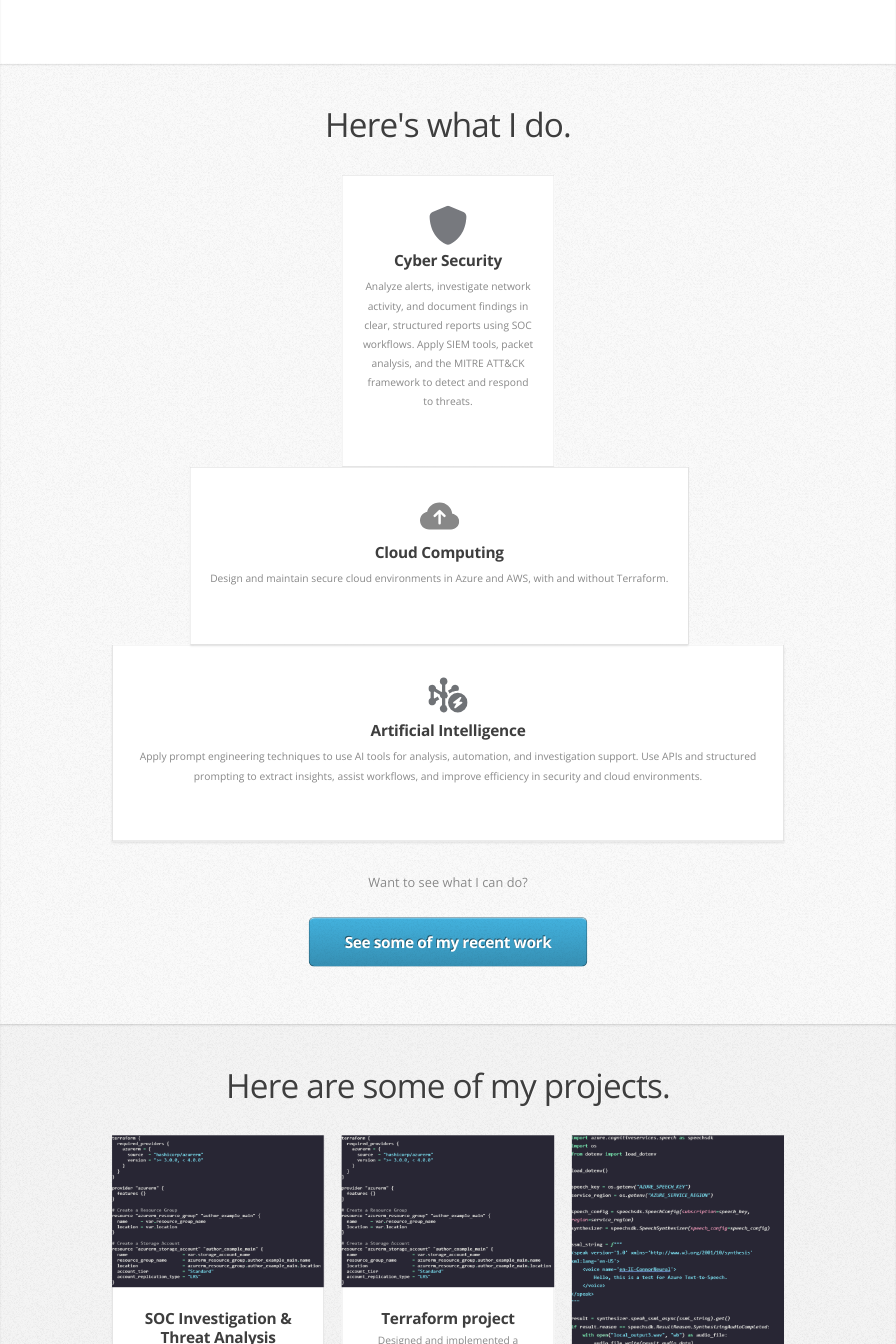
Repository: lauralstephenson/Portfolio_Personal
Page: index.html
These files come from the project's save history. The page is drawn as it stood at one moment and after the next save; the edit follows.
The browser window is 1280 px wide. The pictures show the part of the page from y = 547 to 2467 px (the page is 4482 px tall before and 4661 px after), at 70% of full size.
A picture or video elsewhere on the page could not be fetched, so the positions and the page height are approximate.

Above is the page before, as saved 2026-04-27 19:06:39.

### index.html
<!DOCTYPE HTML>
<!--
	Miniport by HTML5 UP
	html5up.net | @ajlkn
	Free for personal and commercial use under the CCA 3.0 license (html5up.net/license)
-->

<html lang="en">
	<head>
		<title>Laura Stephenson Cloud Portfolio Webpage</title>
		<meta charset="utf-8">
		<meta name="viewport" content="width=device-width, initial-scale=1">
		<!-- Font Awesome -->
		<link rel="stylesheet" href="https://cdnjs.cloudflare.com/ajax/libs/font-awesome/5.15.4/css/all.min.css">
		<link rel="stylesheet" href="assets/css/main.css">
	</head>
	<body class="is-preload">

		<!-- Nav -->
			<nav id="nav">
				<ul class="container">
					<li><a href="#top">Top</a></li>
					<li><a href="#work">Work</a></li>
					<li><a href="#portfolio">Portfolio</a></li>
					<li><a href="#contact">Contact</a></li>
				</ul>
			</nav>

		<!-- Home -->
			<article id="top" class="wrapper style1">
				<div class="container">
					<div class="row">
						<div class="col-4 col-5-large col-12-medium">
							<span class="image fit"><img src="images\Circle Cybersecurity Logo.png" alt="" /></span>
						</div>
						<div class="col-8 col-7-large col-12-medium">
							<header>
								<h1>Hi. I'm <strong>Laura Stephenson.</strong></h1>
							</header>
							<p><strong>Cybersecurity analyst focused on cloud security, automation, and Python-based solutions.</strong></p>
							<a href="#work" class="button large scrolly">Learn about what I do</a>
						</div>
					</div>
				</div>
			</article>

		<!-- Work -->
			<article id="work" class="wrapper style2">
				<div class="container">
					<header>
						<h1>Here's what I do.</h1>
					</header>
					<div class="row aln-center equal-height">

						<div class="col-4 col-6-medium col-12-small">
							<section class="box style1">
								<div class="box-content">
									<svg xmlns="http://www.w3.org/2000/svg" height="56" width="56" viewBox="0 0 512 512">
										<!--!Font Awesome Free 6.7.2 by @fontawesome - https://fontawesome.com License - https://fontawesome.com/license/free Copyright 2025 Fonticons, Inc.-->
										<path fill="#77797e" d="M256 0c4.6 0 9.2 1 13.4 2.9L457.7 82.8c22 9.3 38.4 31 38.3 57.2c-.5 99.2-41.3 280.7-213.6 363.2c-16.7 8-36.1 8-52.8 0C57.3 420.7 16.5 239.2 16 140c-.1-26.2 16.3-47.9 38.3-57.2L242.7 2.9C246.8 1 251.4 0 256 0z"/>
									</svg>
									<h3>Cyber Security</h3>
									<p>Analyze alerts, investigate network activity, and document findings in clear, structured reports using SOC workflows. Apply SIEM tools, packet analysis, and the MITRE ATT&CK framework to detect and respond to threats.</p>
								</div>
							</section>
						</div>
							<section class="box style1">
								<div class="box-content">
									<svg xmlns="http://www.w3.org/2000/svg"
									width="56" height="56"
									fill="currentColor"
									class="bi bi-cloud-arrow-up-fill"
									viewBox="0 0 16 16">
										<path d="M8 2a5.53 5.53 0 0 0-3.594 1.342c-.766.66-1.321 1.52-1.464 2.383C1.266 6.095 0 7.555 0 9.318 0 11.366 1.708 13 3.781 13h8.906C14.502 13 16 11.57 16 9.773c0-1.636-1.242-2.969-2.834-3.194C12.923 3.999 10.69 2 8 2m2.354 5.146a.5.5 0 0 1-.708.708L8.5 6.707V10.5a.5.5 0 0 1-1 0V6.707L6.354 7.854a.5.5 0 1 1-.708-.708l2-2a.5.5 0 0 1 .708 0z"/>
									</svg>
									<h3>Cloud Computing</h3>
									<p>Design and maintain secure cloud environments in Azure and AWS, with and without Terraform.</p>
								</div>
							</section>
						</div>
						<div class="col-4 col-6-medium col-12-small">
							<section class="box style1">
								<div class="box-content">
									<svg xmlns="http://www.w3.org/2000/svg" height="56" width="56" viewBox="0 0 576 512">
										<!--!Font Awesome Free 6.7.2 by @fontawesome - https://fontawesome.com License - https://fontawesome.com/license/free Copyright 2025 Fonticons, Inc.-->
										<path fill="#6f7276" d="M248 106.6c18.9-9 32-28.3 32-50.6c0-30.9-25.1-56-56-56s-56 25.1-56 56c0 22.3 13.1 41.6 32 50.6l0 98.8c-2.8 1.3-5.5 2.9-8 4.7l-80.1-45.8c1.6-20.8-8.6-41.6-27.9-52.8C57.2 96 23 105.2 7.5 132S1.2 193 28 208.5c1.3 .8 2.6 1.5 4 2.1l0 90.8c-1.3 .6-2.7 1.3-4 2.1C1.2 319-8 353.2 7.5 380S57.2 416 84 400.5c19.3-11.1 29.4-32 27.8-52.8l50.5-28.9c-11.5-11.2-19.9-25.6-23.8-41.7L88 306.1c-2.6-1.8-5.2-3.3-8-4.7l0-90.8c2.8-1.3 5.5-2.9 8-4.7l80.1 45.8c-.1 1.4-.2 2.8-.2 4.3c0 22.3 13.1 41.6 32 50.6l0 98.8c-18.9 9-32 28.3-32 50.6c0 30.9 25.1 56 56 56c30.7 0 55.6-24.7 56-55.2c-7.5-12.9-13.5-26.8-17.6-41.5c-4.2-4-9.1-7.3-14.4-9.9l0-98.8c2.8-1.3 5.5-2.9 8-4.7l10.5 6c5.5-15.3 13.1-29.5 22.4-42.5l-9.1-5.2c.1-1.4 .2-2.8 .2-4.3c0-22.3-13.1-41.6-32-50.6l0-98.8zM440.5 132C425 105.2 390.8 96 364 111.5c-19.3 11.1-29.4 32-27.8 52.8l-50.6 28.9c11.5 11.2 19.9 25.6 23.8 41.7L360 205.9c.4 .3 .8 .6 1.3 .9c21.7-9.5 45.6-14.8 70.8-14.8c2 0 4 0 5.9 .1c12.1-17.3 13.8-40.6 2.6-60.1zM432 512a144 144 0 1 0 0-288 144 144 0 1 0 0 288zm47.9-225c4.3 3.7 5.4 9.9 2.6 14.9L452.4 356l35.6 0c5.2 0 9.8 3.3 11.4 8.2s-.1 10.3-4.2 13.4l-96 72c-4.5 3.4-10.8 3.2-15.1-.6s-5.4-9.9-2.6-14.9L411.6 380 376 380c-5.2 0-9.8-3.3-11.4-8.2s.1-10.3 4.2-13.4l96-72c4.5-3.4 10.8-3.2 15.1 .6z"/>
									</svg>
									<h3>Artificial Intelligence</h3>
									<p>Apply prompt engineering techniques to use AI tools for analysis, automation, and investigation support. Use APIs and structured prompting to extract insights, assist workflows, and improve efficiency in security and cloud environments.</p>
								</div>
							</section>
						</div>
					</div>
					<footer>
						<p>Want to see what I can do?</p>
						<a href="#portfolio" class="button large scrolly">See some of my recent work</a>
					</footer>
				</div>
			</article>

		<!-- Portfolio -->
			<article id="portfolio" class="wrapper style3">
				<div class="container">
					<header>
						<h1>Here are some of my projects.</h1>
					</header>
					<div class="row aln-center equal-height">
							<div class="col-4 col-6-medium col-12-small">
							<article class="box style2">
								<div class="box-content">
									<a href="https://github.com/lauralstephenson/pseudocode_terraform_examples_for_website" class="image featured"><img src="images\terraform_portfolio_pic.png" alt="" /></a>
									<h3><a href="https://github.com/lauralstephenson/pseudocode_terraform_examples_for_website"></a>SOC Investigation & Threat Analysis</h3>
									<p>Analyzed network traffic, logs, and alerts using tools such as Wireshark, Zeek, and Suricata. Investigated suspicious activity, mapped behaviors to the MITRE ATT&CK framework, and documented findings in structured incident reports.</p>
								</div>
							</article>
						</div>
						<div class="col-4 col-6-medium col-12-small">
							<article class="box style2">
								<div class="box-content">
									<a href="https://github.com/lauralstephenson/pseudocode_terraform_examples_for_website" class="image featured"><img src="images\terraform_portfolio_pic.png" alt="" /></a>
									<h3><a href="https://github.com/lauralstephenson/pseudocode_terraform_examples_for_website">Terraform project</a></h3>
									<p>Designed and implemented a Terraform-based cloud architecture on Azure, including containerization, secure secret management with Key Vault, and automated workflows for subscriber management and email handling.</p>
									</p>
								</div>
							</article>
						</div>
						<div class="col-4 col-6-medium col-12-small">
							<article class="box style2">
								<div class="box-content">
									<a href="https://github.com/lauralstephenson/cloud_py_portfolio/tree/main/Text_to_Speech" class="image featured"><img src="images\screenshot_text_to_speech_app.png" alt="" /></a>
									<h3><a href="https://github.com/lauralstephenson/cloud_py_portfolio/tree/main/Text_to_Speech">Text to Speech App</a></h3>
									<p>This app uses Azure's text-to-speech to help authors
										hear the voices of their characters and to catch errors
										by listening to their work.
									</p>
								</div>
							</article>
						</div>
						<div class="col-4 col-6-medium col-12-small">
							<article class="box style2">
								<div class="box-content">
									<a href="https://medium.com/@lstephenson556/creating-a-text-to-speech-app-with-azure-a-writers-guide-46cbf42556f0" class="image featured"><img src="images\screenshot_medium_text_to_speech_article.png" alt="" /></a>
									<h3><a href="https://medium.com/@lstephenson556/creating-a-text-to-speech-app-with-azure-a-writers-guide-46cbf42556f0">Medium Article on the Text-to-Speech Project</a></h3>
									<p>This is the article I wrote and published on Medium for my Text-to-Speech app project.</p>
								</div>
							</article>
						</div>
						<div class="col-4 col-6-medium col-12-small">
							<article class="box style2">
								<div class="box-content">
									<a href="https://medium.com/@lstephenson556/moving-a-website-to-azure-using-terraform-an-authors-journey-1ab68dd8db76"
									class="image featured"><img src="images\screenshot_medium_terraform_azure_article.png" alt="" /></a>
									<h3><a href="https://medium.com/@lstephenson556/moving-a-website-to-azure-using-terraform-an-authors-journey-1ab68dd8db76">Medium Article on Moving a Website to Azure Using Terraform Project</a></h3>
									<p>This is the article I wrote and published on Medium for my Terraform Azure project to move a website to Azure.</p>
								</div>
							</article>
						</div>
						<div class="col-4 col-6-medium col-12-small">
							<article class="box style2">
								<div class="box-content">
									<a href="https://medium.com/@lstephenson556/cybersecurity-aspects-of-creating-an-author-website-with-terraform-12f4682b89b7"
									class="image featured"><img src="images/cybersecurity_plan_medium.png" alt="Segment of Medium article about a cybersecurity plan" /></a>
									<h3><a href="https://medium.com/@lstephenson556/cybersecurity-aspects-of-creating-an-author-website-with-terraform-12f4682b89b7">Medium Article on the Cybersecurity Aspects of the Azure Project</a></h3>
									<p>This is the article I wrote and published on Medium about the cybersecurity aspects for my Terraform Azure project to move a website to Azure.</p>
								</div>
							</article>
						</div>
						<div class="col-4 col-6-medium col-12-small">
							<article class="box style2">
								<div class="box-content">
									<a href="Cybersecurity Plan For A Small Author Business.pdf"
									class="image featured"><img src="images/cybersecurity_plan.png" alt="Snap of Cybersecurity Plan" /></a>
									<h3><a href="Cybersecurity Plan For A Small Author Business.pdf">Cybersecurity Plan for an Author's Small Business</a></h3>
									<p>This is a cybersecurity plan I developed and implemented for a small author website.</p>
								</div>
							</article>
						</div>
					</div>
					<footer>
						<p>Want to learn more?</p>
						<a href="mailto:laurastephensoncareer@gmail.com" class="button large scrolly">Get in touch with me</a>
					</footer>
				</div>
			</article>

		<!-- Contact
			<article id="contact" class="wrapper style4">
				<div class="container medium">
					<header>
						<h2>Let me build for you.</h2>
						<p>Contact me.</p>
					</header>
					<div class="row">
						<div class="col-12">
							<form method="post" action="https://<your-function-app-name>.azurewebsites.net/api/send-email">
								<div class="row">
									<div class="col-6 col-12-small">
										<input type="text" name="name" id="name" placeholder="Name" />
									</div>
									<div class="col-6 col-12-small">
										<input type="text" name="email" id="email" placeholder="Email" />
									</div>
									<div class="col-12">
										<input type="text" name="subject" id="subject" placeholder="Subject" />
									</div>
									<div class="col-12">
										<textarea name="message" id="message" placeholder="Message"></textarea>
									</div>
									<div class="col-12">
										<ul class="actions">
											<li><input type="submit" value="Send Message" /></li>
											<li><input type="reset" value="Clear Form" class="alt" /></li>
										</ul>
									</div>
								</div>
							</form>
						</div -->

						<div class="col-12 center-content footer-custom">
							<hr />
							<p class="find-me-on">Find me on...</p>
							<div class="footer-custom">
								<ul class="social">
									<li><a href="https://www.linkedin.com/in/laurastephenson82/">
										<i class="fab fa-linkedin"></i></a></li>
									<li><a href="https://github.com/lauralstephenson/">
										<i class="fab fa-github"></i></a></li>
									<li><a href="mailto:laurastephensoncareer@gmail.com">
										<i class="fas fa-envelope"></i></a></li>
								</ul>
							</div>
							<hr />
						</div>



						<footer>
							<div class="footer-custom">
								<ul id="copyright">
									<li>&copy; Laura Stephenson © 2024. All rights reserved.</li>
									<li>Design: <a href="http://html5up.net">HTML5 UP</a></li>
								</ul>
						</footer>

			<!--
								<li><a href="#" class="icon brands fa-twitter"><span class="label">Twitter</span></a></li>
								<li><a href="#" class="icon brands fa-tumblr"><span class="label">Tumblr</span></a></li>
								<li><a href="#" class="icon solid fa-rss"><span>RSS</span></a></li>
								<li><a href="#" class="icon brands fa-instagram"><span>Instagram</span></a></li>
								<li><a href="#" class="icon brands fa-foursquare"><span>Foursquare</span></a></li>
								<li><a href="#" class="icon brands fa-skype"><span>Skype</span></a></li>
								<li><a href="#" class="icon brands fa-soundcloud"><span>Soundcloud</span></a></li>
								<li><a href="#" class="icon brands fa-youtube"><span>YouTube</span></a></li>
								<li><a href="#" class="icon brands fa-blogger"><span>Blogger</span></a></li>
								<li><a href="#" class="icon brands fa-flickr"><span>Flickr</span></a></li>
								<li><a href="#" class="icon brands fa-vimeo"><span>Vimeo</span></a></li>
								-->

		<!-- Scripts -->
			<script src="assets/js/jquery.min.js"></script>
			<script src="assets/js/jquery.scrolly.min.js"></script>
			<script src="assets/js/browser.min.js"></script>
			<script src="assets/js/breakpoints.min.js"></script>
			<script src="assets/js/util.js"></script>
			<script src="assets/js/main.js"></script>

	</body>
</html>

Loaded but not shown: assets/js/jquery.min.js (library); assets/js/jquery.scrolly.min.js (common file); assets/js/browser.min.js (common file); assets/js/breakpoints.min.js (common file); assets/js/util.js (587 lines, source omitted); assets/js/main.js (34 lines, source omitted); assets/css/main.css (2549 lines, source omitted)

After the next save:
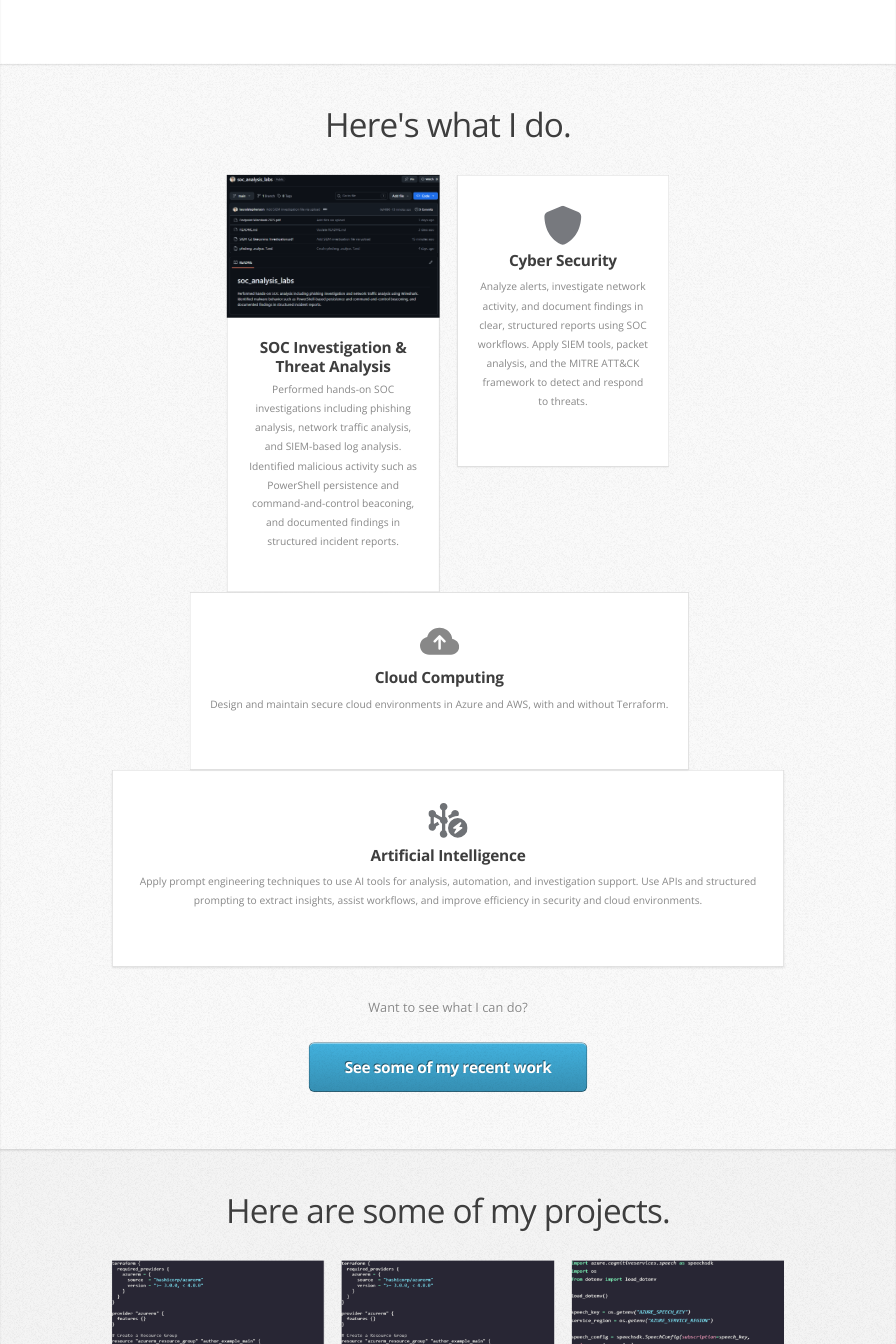
Saved 36 s later.
--- a/index.html
+++ b/index.html
@@ -51,7 +51,23 @@
 						<h1>Here's what I do.</h1>
 					</header>
 					<div class="row aln-center equal-height">
-
+						<div class="col-4 col-6-medium col-12-small">
+  <article class="box style2">
+    <div class="box-content">
+      <a href="https://github.com/lauralstephenson/soc_analysis_labs" class="image featured">
+        <img src="images/soc_project.png" alt="SOC Investigation Project" />
+      </a>
+      <h3>
+        <a href="https://github.com/lauralstephenson/soc_analysis_labs">
+          SOC Investigation & Threat Analysis
+        </a>
+      </h3>
+      <p>
+        Performed hands-on SOC investigations including phishing analysis, network traffic analysis, and SIEM-based log analysis. Identified malicious activity such as PowerShell persistence and command-and-control beaconing, and documented findings in structured incident reports.
+      </p>
+    </div>
+  </article>
+</div>
 						<div class="col-4 col-6-medium col-12-small">
 							<section class="box style1">
 								<div class="box-content">

After the save that followed:
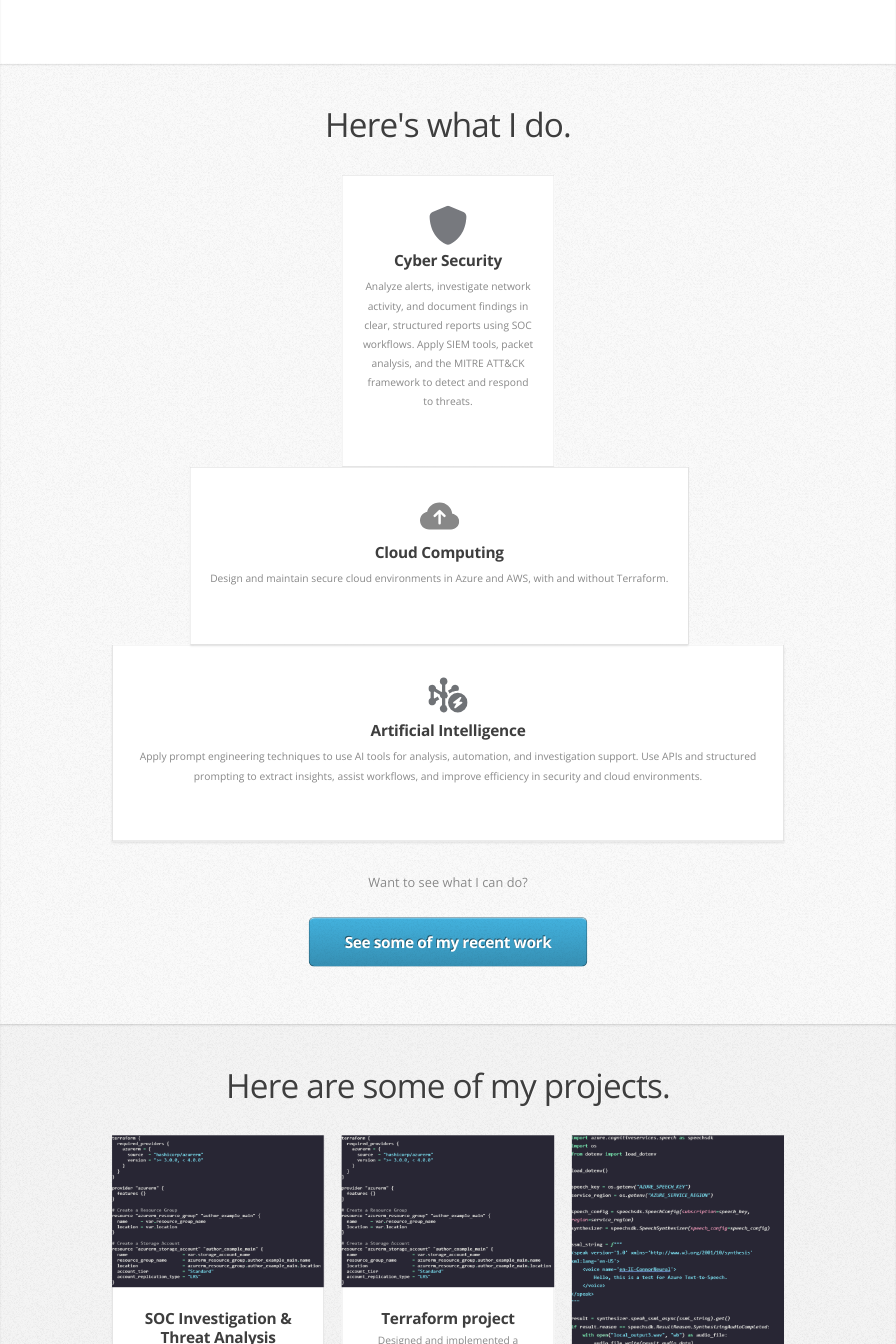
Saved 8 s later.
--- a/index.html
+++ b/index.html
@@ -51,23 +51,7 @@
 						<h1>Here's what I do.</h1>
 					</header>
 					<div class="row aln-center equal-height">
-						<div class="col-4 col-6-medium col-12-small">
-  <article class="box style2">
-    <div class="box-content">
-      <a href="https://github.com/lauralstephenson/soc_analysis_labs" class="image featured">
-        <img src="images/soc_project.png" alt="SOC Investigation Project" />
-      </a>
-      <h3>
-        <a href="https://github.com/lauralstephenson/soc_analysis_labs">
-          SOC Investigation & Threat Analysis
-        </a>
-      </h3>
-      <p>
-        Performed hands-on SOC investigations including phishing analysis, network traffic analysis, and SIEM-based log analysis. Identified malicious activity such as PowerShell persistence and command-and-control beaconing, and documented findings in structured incident reports.
-      </p>
-    </div>
-  </article>
-</div>
+
 						<div class="col-4 col-6-medium col-12-small">
 							<section class="box style1">
 								<div class="box-content">
